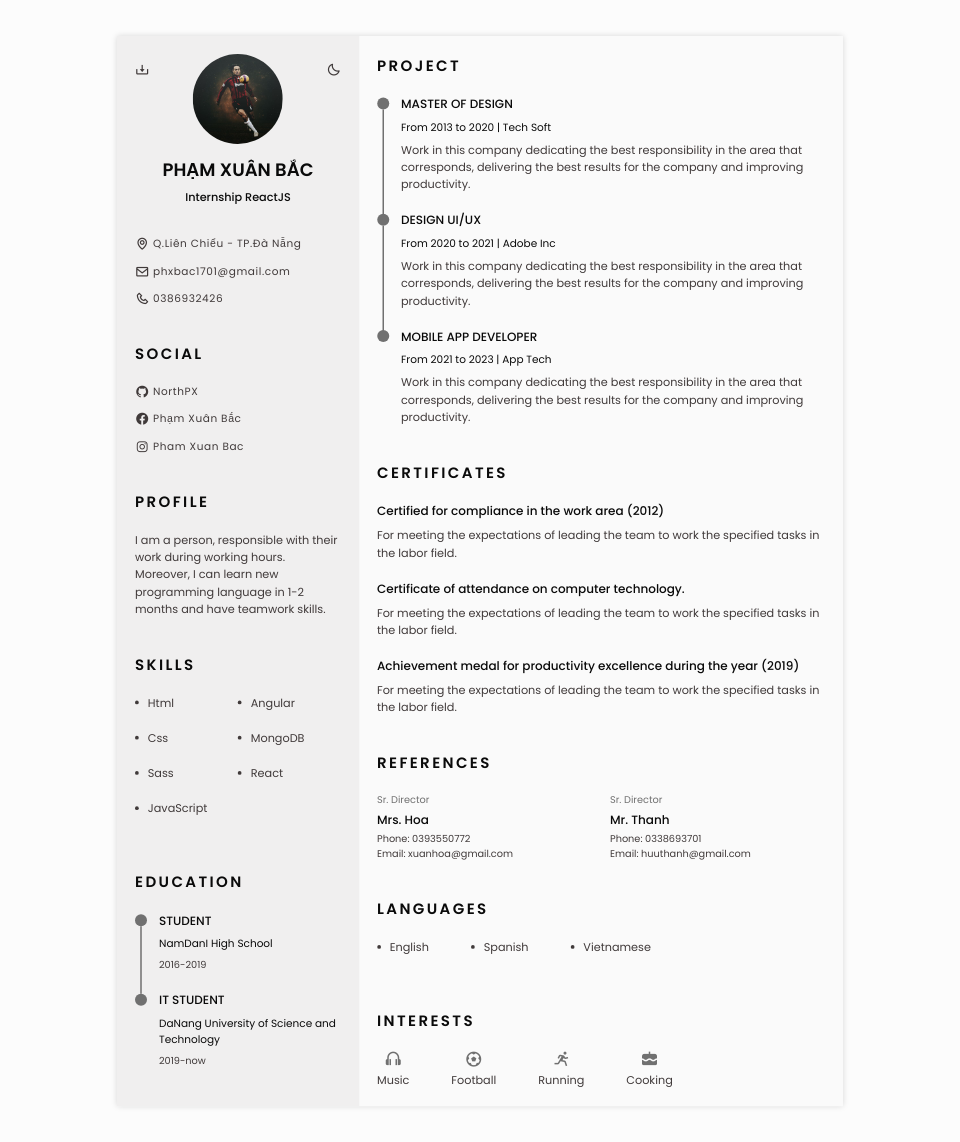
Repository: northpx/myCV
Page: index.html
The author's editor kept a copy of each file at every save. The page is drawn from the files as they stood at one save, then again after the next save.
The browser window is 1280 px wide. The pictures show the whole page, at 75% of full size.

Above is the page before, as saved 2023-02-23 16:57:28.
Console error: TypeError: Cannot read properties of null (reading 'classList')

### index.html
<!DOCTYPE html>
<html lang="en">
<head>
    <meta charset="UTF-8">
    <meta http-equiv="X-UA-Compatible" content="IE=edge">
    <meta name="viewport" content="width=device-width, initial-scale=1.0">
    <link rel="stylesheet" href="./src/css/styles.css">
    <link rel="stylesheet" href="https://cdn.jsdelivr.net/npm/boxicons@latest/css/boxicons.min.css">
    <title>Pham Xuan Bac</title>
</head>
<body>
    <header class="l-header" id="header">
        <nav class="nav bd-container">
            <a href="#" class="nav__logo">Bac</a>
            <div class="nav__menu" id="nav-menu">
                <ul class="nav__list">
                    <li class="nav__item">
                        <a href="#home" class="nav__link active-link">
                            <i class='bx bx-home nav__icon' ></i>HOME
                        </a>
                    </li>
                    <li class="nav__item">
                        <a href="#profile" class="nav__link">
                            <i class='bx bx-user nav__icon' ></i>USER
                        </a>
                    </li>
                    <li class="nav__item">
                        <a href="#education" class="nav__link">
                            <i class='bx bx-book nav__icon' ></i>EDUCATION
                        </a>
                    </li>
                    <li class="nav__item">
                        <a href="#skills" class="nav__link">
                            <i class='bx bx-receipt nav__icon' ></i>SKILLS
                        </a>
                    </li>
                    <li class="nav__item">
                        <a href="#project" class="nav__link">
                            <i class='bx bx-briefcase-alt nav__icon' ></i>PROJECT
                        </a>
                    </li>
                    <li class="nav__item">
                        <a href="#certificates" class="nav__link">
                            <i class='bx bx-award nav__icon' ></i>CERTIFICATES
                        </a>
                    </li>

                    <li class="nav__item">
                        <a href="#references" class="nav__link">
                            <i class='bx bx-link-external nav__icon' ></i>REFERENCES
                        </a>
                    </li>
                </ul>
            </div>

            <div class="nav__toogle" id="nav-toggle">
                <i class="bx bx-grid-alt"></i>
            </div>
        </nav>
    </header>
    <main class="l-main bd-container">
        <div class="resume" id="area-cv">
            <div class="resume__left">
                <section class="home" id="home">
                    <div class="home__container section bd-grid">
                        <div class="home__data bd-grid">
                            <img src="./src/img/z3668101589347_355da8c054c5f58beb49364ce3f9e5b5.jpg" alt="" class="home__img">
                            <h1 class="home__title"><b>PHẠM XUÂN BẮC</b></h1>
                            <h3 class="home__profession">Internship ReactJS</h3>
                            <div>
                                <a download="" href="./src/pdf/resumecv.pdf" class="home__button-movil">Download</a>
                            </div>
                        </div>
                        <div class="home__address bd-grid">
                            <span class="home__information">
                                <i class="bx bx-map home__icon"></i> Q.Liên Chiểu - TP.Đà Nẵng
                            </span>
                            <span class="home__information">
                                <i class="bx bx-envelope home__icon"></i> phxbac1701@gmail.com
                            </span>
                            <span class="home__information">
                                <i class="bx bx-phone home__icon"></i> 0386932426
                            </span>
                        </div>
                    </div>
                    <i class="bx bx-moon change-theme" title="Theme" id="theme-button"></i>
                    <i class="bx bx-download generate-pdf" title="Generate PDF" id="resume-button"></i>
                </section>

                <section class="social section">
                    <h2 class="section-title">Social</h2>
                    <div class="social__container bd-grid">
                        <a href="https://github.com/northpx" target="_blank" class="social_link">
                            <i class="bx bxl-github social__icon"></i> NorthPX
                        </a>
                        <a href="https://www.facebook.com/north.px.13/" target="_blank" class="social_link">
                            <i class="bx bxl-facebook-circle social__icon"></i> Phạm Xuân Bắc
                        </a>
                        <a href="https://www.instagram.com/_north.px_/" target="_blank" class="social_link">
                            <i class="bx bxl-instagram social__icon"></i> Pham Xuan Bac
                        </a>
                    </div>
                </section>

                <section class="profile section" id="profile">
                    <h2 class="section-title">Profile</h2>
                    <p class="profile__description">
                        I am a person, responsible with their work during working hours. Moreover, I can learn new programming language in 1-2 months and have teamwork skills.
                    </p>
                </section>

                <section class="skills section" id="skills">
                    <h2 class="section-title">Skills</h2>
                    <div class="skills__content bd-grid">
                        <ul class="skills__data">
                            <li class="skills__name">
                                <span class="skills__circle"></span> Html
                            </li>
                            <li class="skills__name">
                                <span class="skills__circle"></span> Css
                            </li>
                            <li class="skills__name">
                                <span class="skills__circle"></span> Sass
                            </li>
                            <li class="skills__name">
                                <span class="skills__circle"></span> JavaScript
                            </li>
                        </ul>

                        <ul class="skills__data">
                            <li class="skills__name">
                                <span class="skills__circle"></span> Angular
                            </li>
                            <li class="skills__name">
                                <span class="skills__circle"></span> MongoDB
                            </li>
                            <li class="skills__name">
                                <span class="skills__circle"></span> React
                            </li>
                        </ul>
                    </div>
                </section>

                <section class="education section" id="education">
                    <h2 class="section-title">Education</h2>
                    <div class="education__container bd-grid">
                        <!-- <div class="education__content">
                            <div class="education__time">
                                <span class="education__rounder"></span>
                                <span class="education__line"></span>
                            </div>
                            <div class="education__data bd-grid">
                                <h3 class="education__title">STUDENT</h3>
                                <span class="education__studies">HongLong Secondary School</span>
                                <span class="education__year">2012-2016</span>
                            </div>
                        </div> -->

                        <div class="education__content">
                            <div class="education__time">
                                <span class="education__rounder"></span>
                                <span class="education__line"></span>
                            </div>
                            <div class="education__data bd-grid">
                                <h3 class="education__title">STUDENT</h3>
                                <span class="education__studies">NamDanI High School</span>
                                <span class="education__year">2016-2019</span>
                            </div>
                        </div>

                        <div class="education__content">
                            <div class="education__time">
                                <span class="education__rounder"></span>
                                <!-- <span class="education__line"></span> -->
                            </div>
                            <div class="education__data bd-grid">
                                <h3 class="education__title">IT STUDENT</h3>
                                <span class="education__studies">DaNang University of Science and Technology</span>
                                <span class="education__year">2019-now</span>
                            </div>
                        </div>
                    </div>
                </section>

            </div>

            <div class="resume__right">
                <section class="project section" id="experience">
                    <h2 class="section-title">project</h2>
                    <div class="project__container bd-grid">
                        <div class="project__content">
                            <div class="project__time">
                                <span class="project__rounder"></span>
                                <span class="project__line"></span>
                            </div>
                            <div class="project__data bd-grid">
                                <h3 class="project__title">MASTER OF DESIGN</h3>
                                <span class="project__company">From 2013 to 2020 | Tech Soft</span>
                                <p class="project__description">Work in this company dedicating the best responsibility in the area that corresponds, delivering the best results for the company and improving productivity.</p>
                            </div>
                        </div>
                        <div class="project__content">
                            <div class="project__time">
                                <span class="project__rounder"></span>
                                <span class="project__line"></span>
                            </div>
                            <div class="project__data bd-grid">
                                <h3 class="project__title">DESIGN UI/UX</h3>
                                <span class="project__company">From 2020 to 2021 | Adobe Inc</span>
                                <p class="project__description">Work in this company dedicating the best responsibility in the area that corresponds, delivering the best results for the company and improving productivity.</p>
                            </div>
                        </div>
                        <div class="project__content">
                            <div class="project__time">
                                <span class="project__rounder"></span>
                            </div>
                            <div class="project__data bd-grid">
                                <h3 class="project__title">MOBILE APP DEVELOPER</h3>
                                <span class="project__company">From 2021 to 2023 | App Tech</span>
                                <p class="project__description">Work in this company dedicating the best responsibility in the area that corresponds, delivering the best results for the company and improving productivity.</p>
                            </div>
                        </div>
                    </div>
                </section>

                <section class="certificate section" id="certificates">
                    <h2 class="section-title">Certificates</h2>
                    <div class="certificate__container bd-grid">
                        <div class="certificate__content">
                            <h3 class="certificate__title">Certified for compliance in the work area (2012)</h3>
                            <p class="certificate__description">For meeting the expectations of leading the team to work the specified tasks in the labor field.</p>
                        </div>

                        <div class="certificate__content">
                            <h3 class="certificate__title">Certificate of attendance on computer technology.</h3>
                            <p class="certificate__description">For meeting the expectations of leading the team to work the specified tasks in the labor field.</p>
                        </div>

                        <div class="certificate__content">
                            <h3 class="certificate__title">Achievement medal for productivity excellence during the year (2019)</h3>
                            <p class="certificate__description">For meeting the expectations of leading the team to work the specified tasks in the labor field.</p>
                        </div>
                    </div>
                </section>

                <section class="references section" id="references">
                    <h2 class="section-title">References</h2>
                    <div class="references__container bd-grid">
                        <div class="references__content bd-grid">
                            <span class="references__subtitle">Sr. Director</span>
                            <h3 class="references__title">Mrs. Hoa</h3>
                            <ul class="references__contact">
                                <li>Phone: 0393550772</li>
                                <li>Email: xuanhoa@gmail.com</li>
                            </ul>
                        </div>

                        <div class="references__content bd-grid">
                            <span class="references__subtitle">Sr. Director</span>
                            <h3 class="references__title">Mr. Thanh</h3>
                            <ul class="references__contact">
                                <li>Phone: 0338693701</li>
                                <li>Email: huuthanh@gmail.com</li>
                            </ul>
                        </div>
                    </div>
                </section>

                <section class="languages section">
                    <h2 class="section-title">Languages</h2>
                    <div class="languages__container bd-grid">
                        <ul class="languages__content bd-grid">
                            <li class="languages_name">
                                <span class="languages__circle"></span> English
                            </li>
                            <li class="languages_name">
                                <span class="languages__circle"></span> Spanish
                            </li>
                            <li class="languages_name">
                                <span class="languages__circle"></span> Vietnamese
                            </li>

                        </ul>
                    </div>
                </section>

                <section class="interests section">
                    <h2 class="section-title">Interests</h2>
                    <div class="interests__container bd-grid">
                        <div class="interests__content">
                            <i class="bx bx-headphone interests__icon"></i>
                            <span class="interests__name">Music</span>
                        </div>
                        <div class="interests__content">
                            <i class='bx bx-football interests__icon' ></i>
                            <span class="interests__name">Football</span>
                        </div>
                        <div class="interests__content">
                            <i class='bx bx-run interests__icon' ></i>
                            <span class="interests__name">Running</span>
                        </div>
                        <div class="interests__content">
                            <i class='bx bxs-cake interests__icon' ></i>
                            <span class="interests__name">Cooking</span>
                        </div>
                    </div>
                </section>
            </div>
        </div>
    </main>

    <a href="#" class="scrolltop" id="scroll-top">
        <i class="bx bx-up-arrow-alt scrolltop__icon"></i>
    </a>
    <script src="./src/js/html2pdf.bundle.min.js"></script>
    <script src="./src/js/scripts.js"></script>
</body>
</html>

Loaded but not shown: src/js/html2pdf.bundle.min.js (library); src/js/scripts.js (107 lines, source omitted); src/css/styles.css (578 lines, source omitted)

After the next save:
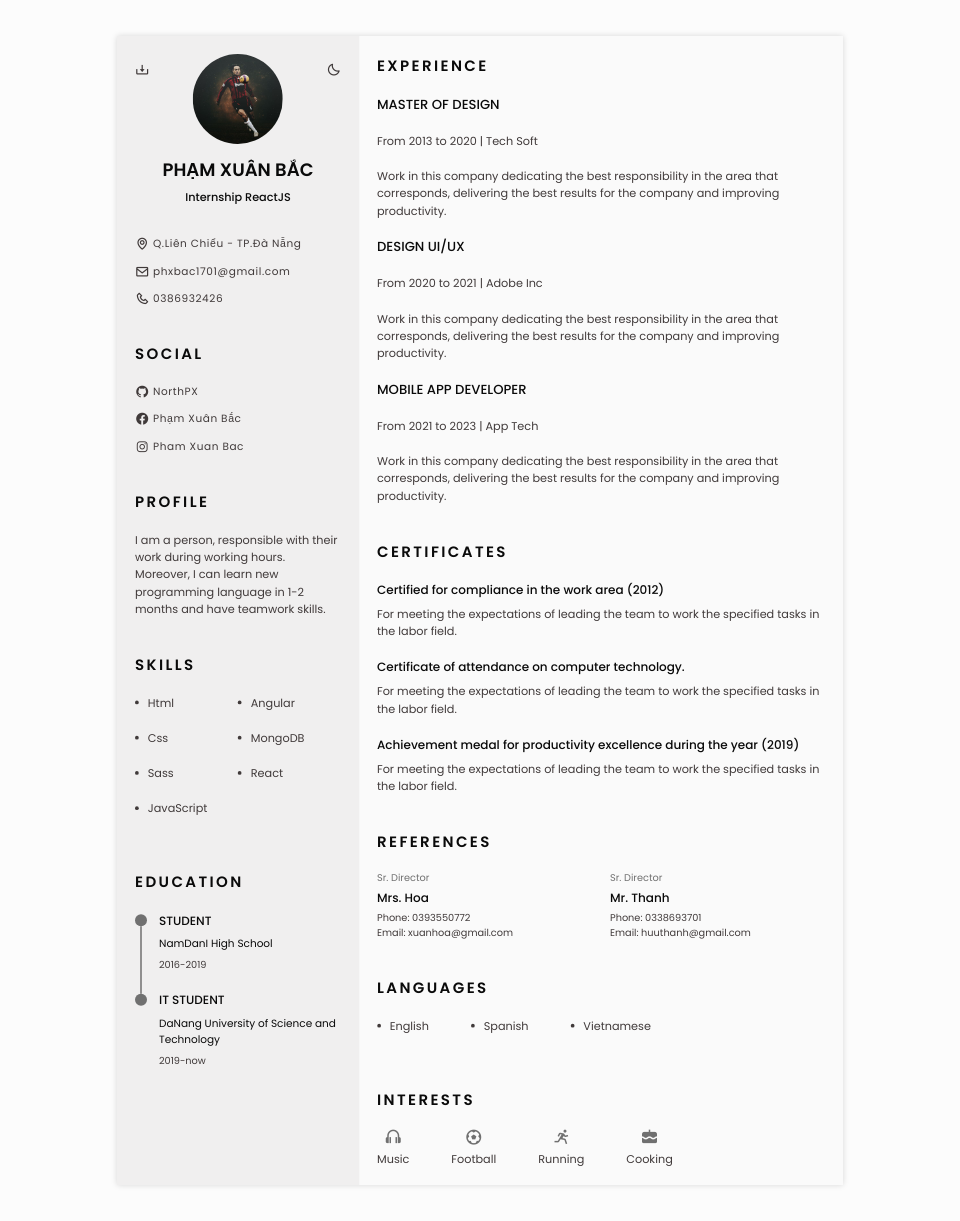
The error is gone.
Saved 11 s later.
--- a/index.html
+++ b/index.html
@@ -35,8 +35,8 @@
                         </a>
                     </li>
                     <li class="nav__item">
-                        <a href="#project" class="nav__link">
-                            <i class='bx bx-briefcase-alt nav__icon' ></i>PROJECT
+                        <a href="#experience" class="nav__link">
+                            <i class='bx bx-briefcase-alt nav__icon' ></i>experience
                         </a>
                     </li>
                     <li class="nav__item">
@@ -185,39 +185,39 @@
             </div>
 
             <div class="resume__right">
-                <section class="project section" id="experience">
-                    <h2 class="section-title">project</h2>
-                    <div class="project__container bd-grid">
-                        <div class="project__content">
-                            <div class="project__time">
-                                <span class="project__rounder"></span>
-                                <span class="project__line"></span>
-                            </div>
-                            <div class="project__data bd-grid">
-                                <h3 class="project__title">MASTER OF DESIGN</h3>
-                                <span class="project__company">From 2013 to 2020 | Tech Soft</span>
-                                <p class="project__description">Work in this company dedicating the best responsibility in the area that corresponds, delivering the best results for the company and improving productivity.</p>
-                            </div>
-                        </div>
-                        <div class="project__content">
-                            <div class="project__time">
-                                <span class="project__rounder"></span>
-                                <span class="project__line"></span>
-                            </div>
-                            <div class="project__data bd-grid">
-                                <h3 class="project__title">DESIGN UI/UX</h3>
-                                <span class="project__company">From 2020 to 2021 | Adobe Inc</span>
-                                <p class="project__description">Work in this company dedicating the best responsibility in the area that corresponds, delivering the best results for the company and improving productivity.</p>
-                            </div>
-                        </div>
-                        <div class="project__content">
-                            <div class="project__time">
-                                <span class="project__rounder"></span>
-                            </div>
-                            <div class="project__data bd-grid">
-                                <h3 class="project__title">MOBILE APP DEVELOPER</h3>
-                                <span class="project__company">From 2021 to 2023 | App Tech</span>
-                                <p class="project__description">Work in this company dedicating the best responsibility in the area that corresponds, delivering the best results for the company and improving productivity.</p>
+                <section class="experience section" id="experience">
+                    <h2 class="section-title">experience</h2>
+                    <div class="experience__container bd-grid">
+                        <div class="experience__content">
+                            <div class="experience__time">
+                                <span class="experience__rounder"></span>
+                                <span class="experience__line"></span>
+                            </div>
+                            <div class="experience__data bd-grid">
+                                <h3 class="experience__title">MASTER OF DESIGN</h3>
+                                <span class="experience__company">From 2013 to 2020 | Tech Soft</span>
+                                <p class="experience__description">Work in this company dedicating the best responsibility in the area that corresponds, delivering the best results for the company and improving productivity.</p>
+                            </div>
+                        </div>
+                        <div class="experience__content">
+                            <div class="experience__time">
+                                <span class="experience__rounder"></span>
+                                <span class="experience__line"></span>
+                            </div>
+                            <div class="experience__data bd-grid">
+                                <h3 class="experience__title">DESIGN UI/UX</h3>
+                                <span class="experience__company">From 2020 to 2021 | Adobe Inc</span>
+                                <p class="experience__description">Work in this company dedicating the best responsibility in the area that corresponds, delivering the best results for the company and improving productivity.</p>
+                            </div>
+                        </div>
+                        <div class="experience__content">
+                            <div class="experience__time">
+                                <span class="experience__rounder"></span>
+                            </div>
+                            <div class="experience__data bd-grid">
+                                <h3 class="experience__title">MOBILE APP DEVELOPER</h3>
+                                <span class="experience__company">From 2021 to 2023 | App Tech</span>
+                                <p class="experience__description">Work in this company dedicating the best responsibility in the area that corresponds, delivering the best results for the company and improving productivity.</p>
                             </div>
                         </div>
                     </div>
